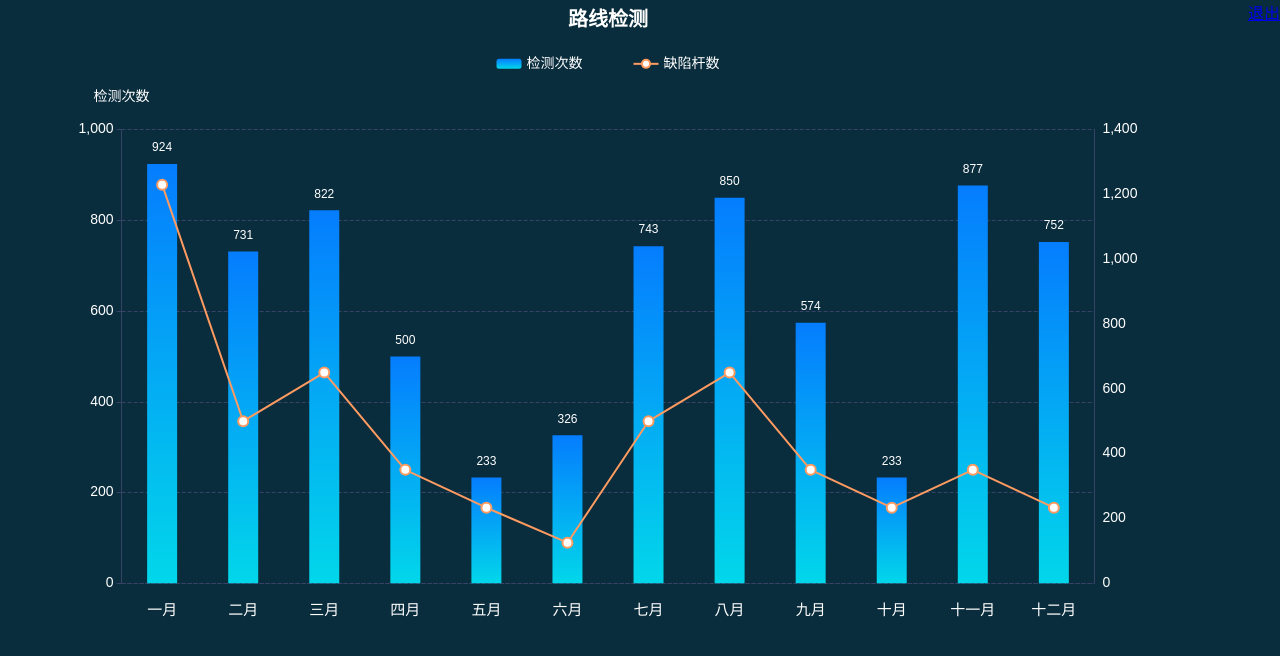
Repository: AweUniver/new_bishe_vue
Page: /#/charts
These files come from the project's save history. The page is drawn as it stood at one moment and after the next save; the edit follows.
The browser window is 1280 px wide. The pictures show the whole page.
The project was rebuilt for these pictures with package versions that can differ from the ones it lists, and the page was loaded fresh each time. Also part of the build but not shown: vue.config.js. Imported but missing from the stored project, and not drawn on this page: src/elementUI/index.

Above is the page before, as saved 2023-05-17 18:51:57.

After the next save:
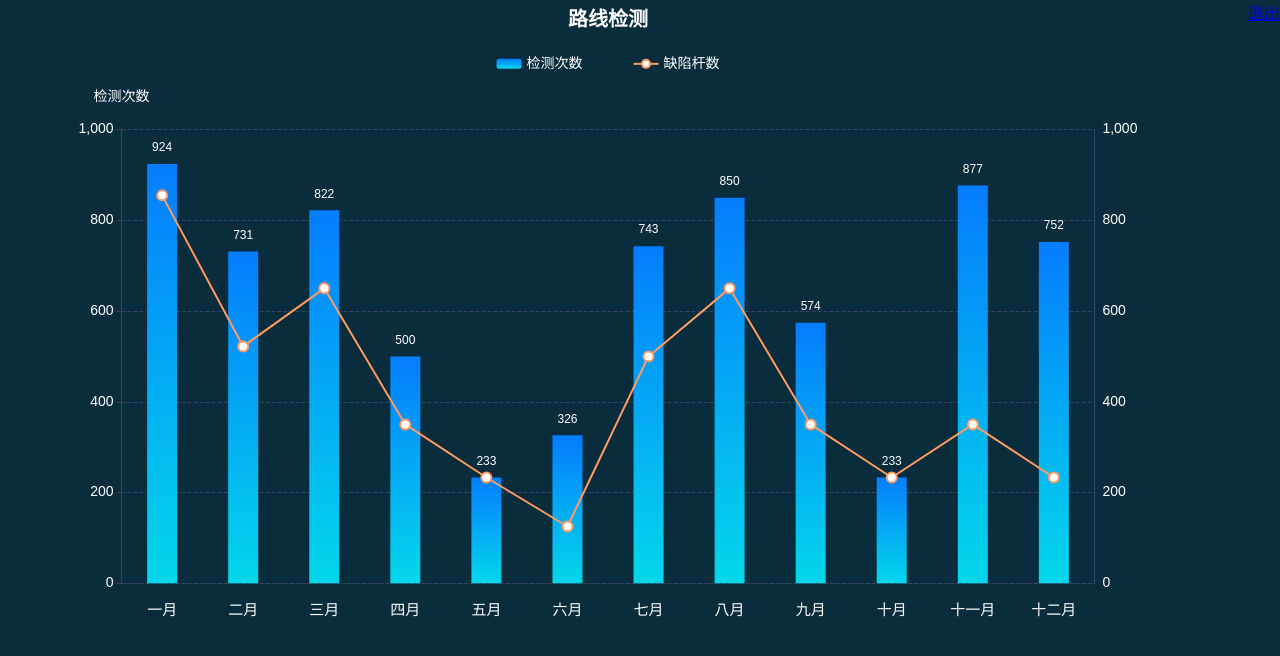
Saved 19 s later.
--- a/src/views/charts/echartsBar.vue
+++ b/src/views/charts/echartsBar.vue
@@ -156,7 +156,7 @@ export default {
           { // 折线系列数据
             name: '缺陷杆数',
             type: 'line',
-            data: [1230, 500, 650, 350, 233, 125, 500, 650, 350, 233, 350, 233],
+            data: [855, 522, 650, 350, 233, 125, 500, 650, 350, 233, 350, 233],
             // 使用的 y 轴的 index
             // 在单个图表实例中存在多个 y轴的时候有用
             yAxisIndex: 1,
